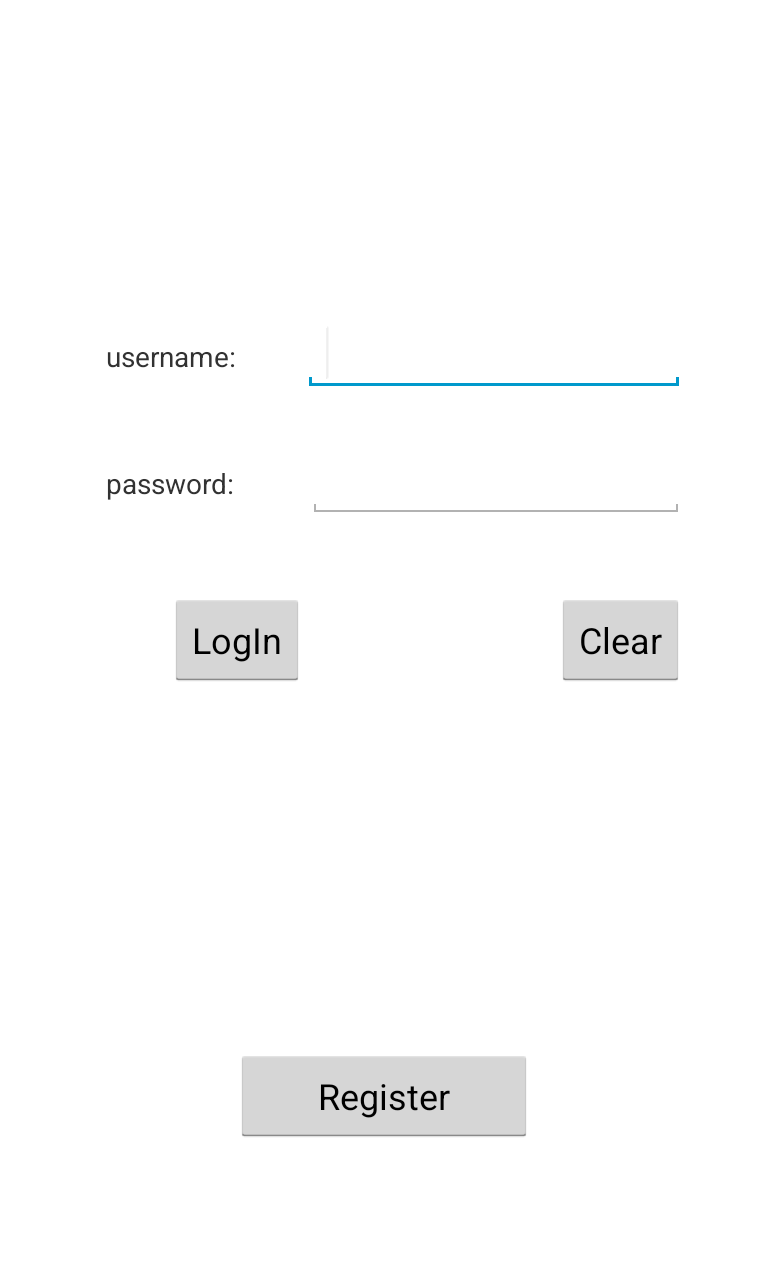
Repository: mpdehnel/seg
Layout: VectorOne/res/layout/activity_login.xml
These files come from the project's save history. The layout is drawn as it stood at one moment and after the next save; the edit follows.
It is drawn on a 768 x 1280 px phone screen (xhdpi) without system bars, with theme AppTheme; the app's code is not run.

Above is the layout before, as saved 2013-02-06 21:36:17.

### VectorOne/res/layout/activity_login.xml
<RelativeLayout xmlns:android="http://schemas.android.com/apk/res/android"
    xmlns:tools="http://schemas.android.com/tools"
    android:id="@+id/login_layout"
    android:layout_width="match_parent"
    android:layout_height="match_parent"
    android:columnCount="6"
    tools:context=".Login" >

    <Button
        android:id="@+id/registrationbutton"
        android:layout_width="150dp"
        android:layout_height="wrap_content"
        android:layout_alignParentBottom="true"
        android:layout_centerHorizontal="true"
        android:layout_marginBottom="68dp"
        android:onClick="registration"
        android:text="@string/button_registration" />

    <TextView
        android:id="@+id/userlabel"
        android:layout_width="wrap_content"
        android:layout_height="wrap_content"
        android:layout_alignBaseline="@+id/UsernameTextField"
        android:layout_alignBottom="@+id/UsernameTextField"
        android:layout_alignLeft="@+id/passwordlabel"
        android:text="@string/lable_username" />

    <EditText
        android:id="@+id/UsernameTextField"
        android:layout_width="192dp"
        android:layout_height="wrap_content"
        android:layout_above="@+id/PasswordTextField"
        android:layout_alignRight="@+id/clearbutton"
        android:layout_marginBottom="24dp"
        android:ems="10" >

        <requestFocus />
    </EditText>

    <EditText
        android:id="@+id/PasswordTextField"
        android:layout_width="190dp"
        android:layout_height="wrap_content"
        android:layout_above="@+id/clearbutton"
        android:layout_alignRight="@+id/UsernameTextField"
        android:layout_marginBottom="36dp"
        android:ems="10"
        android:inputType="textPassword" />

    <Button
        android:id="@+id/loginbutton"
        android:layout_width="wrap_content"
        android:layout_height="wrap_content"
        android:layout_centerVertical="true"
        android:layout_toLeftOf="@+id/PasswordTextField"
        android:onClick="login"
        android:text="@string/button_login" />

    <TextView
        android:id="@+id/passwordlabel"
        android:layout_width="wrap_content"
        android:layout_height="wrap_content"
        android:layout_alignBaseline="@+id/PasswordTextField"
        android:layout_alignBottom="@+id/PasswordTextField"
        android:layout_toLeftOf="@+id/registrationbutton"
        android:text="@string/lable_password" />

    <Button
        android:id="@+id/clearbutton"
        android:layout_width="wrap_content"
        android:layout_height="wrap_content"
        android:layout_alignParentRight="true"
        android:layout_centerVertical="true"
        android:layout_marginRight="41dp"
        android:onClick="clear"
        android:text="@string/button_clear" />

</RelativeLayout>

### VectorOne/res/values/strings.xml
<resources>

    <string name="app_name">CacheCaptains</string>
    <string name="username">Username</string>
    <string name="button_maps">View</string>
    <string name="button_settings">Settings</string>
    <string name="button_user">Me</string>
    <string name="button_cachselect">Caches</string>
    <string name="button_login">LogIn</string>
    <string name="button_clear">Clear</string>
    <string name="button_registration">Register</string>
    <string name="lable_username">username:</string>
    <string name="lable_password">password:</string>
    <string name="question">Help</string>

    <string-array name="Cachs">
        <item>Yes</item>
        <item>No</item>
        <item>All</item>
    </string-array>
    <string-array name="Team">
        <item>My</item>
        <item>NotMine</item>
        <item>All</item>
    </string-array>
    <string-array name="Distance">
        <item>500</item>
        <item>1000</item>
        <item>2000</item>
        <item>5000</item>
        <item>10000</item>
        <item>All</item>
    </string-array>
    <string-array name="Unit">
        <item>m-km</item>
        <item>ft-mile</item>
    </string-array>
       <string-array name="sort">
        <item>name</item>
        <item>distance</item>
    </string-array>

    <string name="leer"></string>

    <string name="addnewCachebutton">AddNewCache</string>

</resources>

Loaded but not shown: VectorOne/res/values/styles.xml (common file); VectorOne/res/values-v11/styles.xml (common file); VectorOne/res/values-v14/styles.xml (common file)

After the next save:
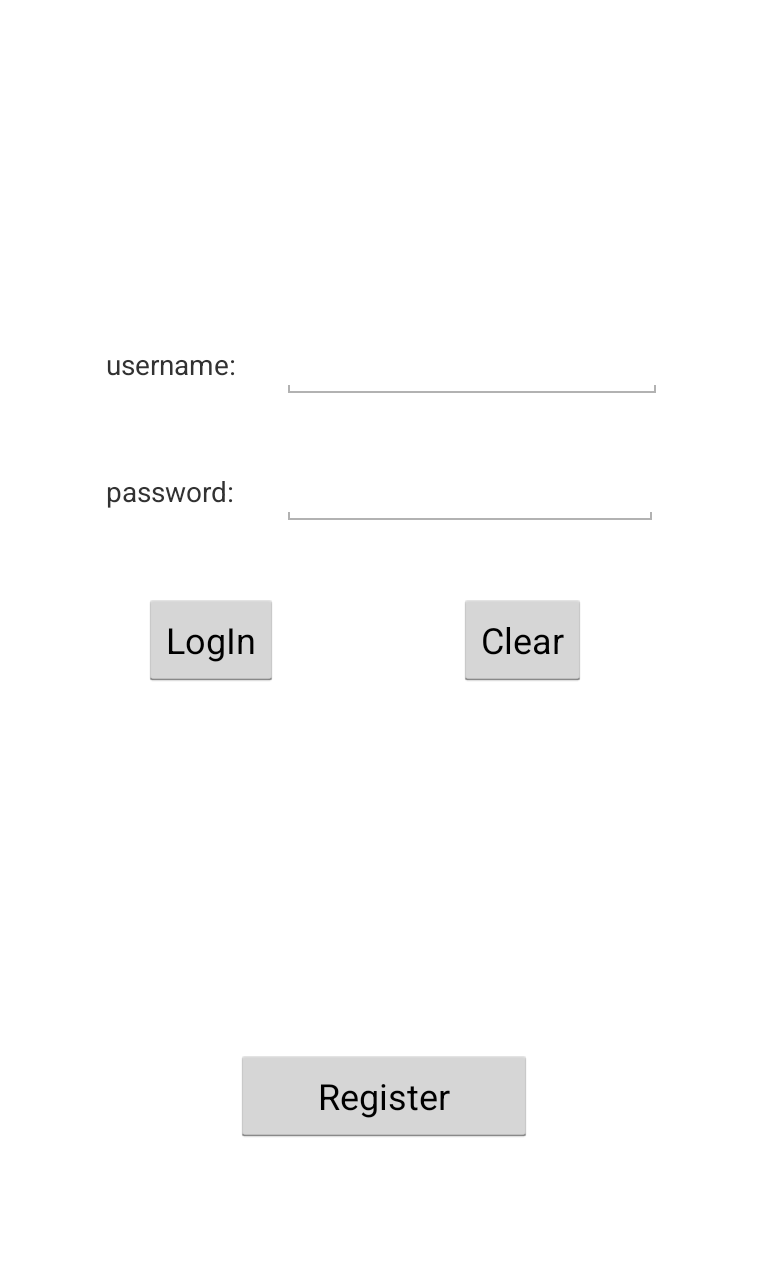
Saved 66 s later.
--- a/VectorOne/res/layout/activity_login.xml
+++ b/VectorOne/res/layout/activity_login.xml
@@ -25,37 +25,6 @@
         android:layout_alignLeft="@+id/passwordlabel"
         android:text="@string/lable_username" />
 
-    <EditText
-        android:id="@+id/UsernameTextField"
-        android:layout_width="192dp"
-        android:layout_height="wrap_content"
-        android:layout_above="@+id/PasswordTextField"
-        android:layout_alignRight="@+id/clearbutton"
-        android:layout_marginBottom="24dp"
-        android:ems="10" >
-
-        <requestFocus />
-    </EditText>
-
-    <EditText
-        android:id="@+id/PasswordTextField"
-        android:layout_width="190dp"
-        android:layout_height="wrap_content"
-        android:layout_above="@+id/clearbutton"
-        android:layout_alignRight="@+id/UsernameTextField"
-        android:layout_marginBottom="36dp"
-        android:ems="10"
-        android:inputType="textPassword" />
-
-    <Button
-        android:id="@+id/loginbutton"
-        android:layout_width="wrap_content"
-        android:layout_height="wrap_content"
-        android:layout_centerVertical="true"
-        android:layout_toLeftOf="@+id/PasswordTextField"
-        android:onClick="login"
-        android:text="@string/button_login" />
-
     <TextView
         android:id="@+id/passwordlabel"
         android:layout_width="wrap_content"
@@ -66,12 +35,42 @@
         android:text="@string/lable_password" />
 
     <Button
+        android:id="@+id/loginbutton"
+        android:layout_width="wrap_content"
+        android:layout_height="wrap_content"
+        android:layout_alignLeft="@+id/passwordlabel"
+        android:layout_centerVertical="true"
+        android:layout_marginLeft="18dp"
+        android:onClick="login"
+        android:text="@string/button_login" />
+
+    <EditText
+        android:id="@+id/PasswordTextField"
+        android:layout_width="190dp"
+        android:layout_height="wrap_content"
+        android:layout_above="@+id/clearbutton"
+        android:layout_marginBottom="32dp"
+        android:layout_toRightOf="@+id/loginbutton"
+        android:ems="10"
+        android:inputType="textPassword" />
+
+    <EditText
+        android:id="@+id/UsernameTextField"
+        android:layout_width="192dp"
+        android:layout_height="wrap_content"
+        android:layout_above="@+id/PasswordTextField"
+        android:layout_marginBottom="24dp"
+        android:layout_toRightOf="@+id/loginbutton"
+        android:ems="10" />
+
+    <Button
         android:id="@+id/clearbutton"
         android:layout_width="wrap_content"
         android:layout_height="wrap_content"
-        android:layout_alignParentRight="true"
-        android:layout_centerVertical="true"
-        android:layout_marginRight="41dp"
+        android:layout_alignBaseline="@+id/loginbutton"
+        android:layout_alignBottom="@+id/loginbutton"
+        android:layout_alignRight="@+id/PasswordTextField"
+        android:layout_marginRight="36dp"
         android:onClick="clear"
         android:text="@string/button_clear" />
 
